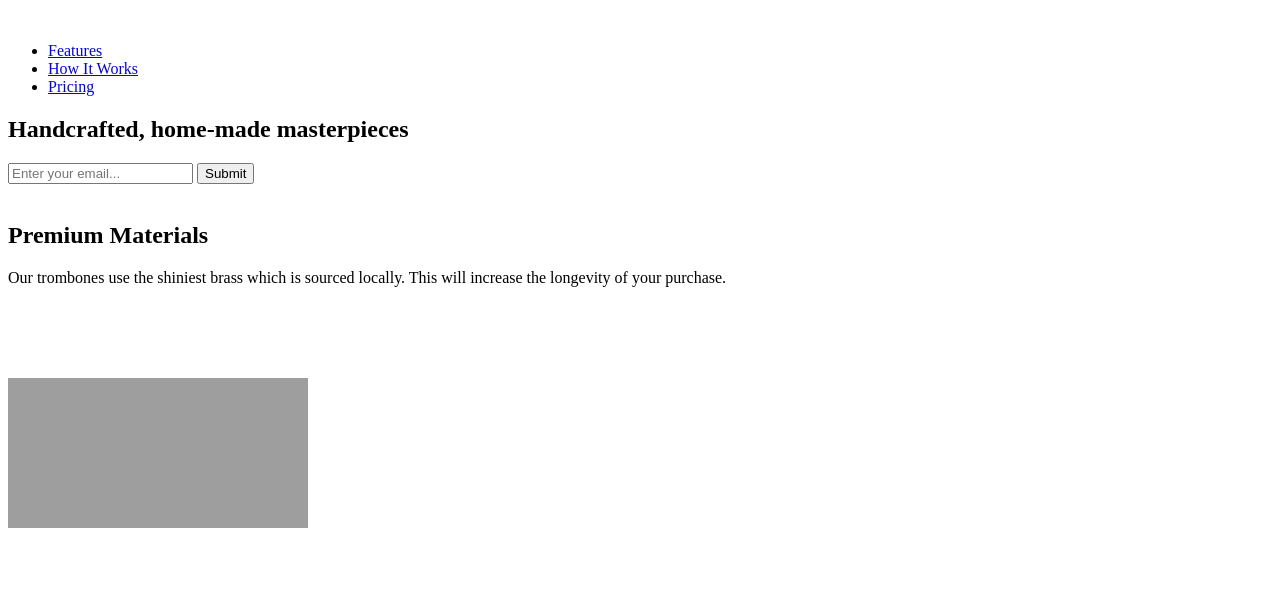
Repository: Lungdjos/product_landing_page_certification
Page: index.html
An editor plug-in stored every save of this project. The page is shown before and after the next save, followed by the edit.
The browser window is 1280 px wide. The pictures show the whole page.
Pictures or frames that could not be fetched are drawn as grey boxes.

Above is the page before, as saved 2023-12-17 23:41:31.

### index.html
<!DOCTYPE html>
<html lang="en">

<head>
    <meta charset="UTF-8">
    <meta name="viewport" content="width=device-width, initial-scale=1.0">
    <title>Product Landing Page</title>
    <link rel="stylesheet" href="./styles.css">
</head>

<body>
    <header id="header">
        <img src="" alt="" id="header-img">
        <nav id="nav-bar">
            <ul>
                <li>
                    <a href="#features" class="nav-link">Features</a>
                </li>
                <li>
                    <a href="#how-it-works" class="nav-link">How It Works</a>
                </li>
                <li>
                    <a href="#pricing" class="nav-link">Pricing</a>
                </li>
            </ul>
        </nav>
    </header>
    <main>
        <section id="home">
            <h2 id="title">Handcrafted, home-made masterpieces</h2>
            <form action="https://www.freecodecamp.com/email-submit" id="form">
                <input type="email" id="email" name="email" placeholder="Enter your email...">
                <input type="submit" id="submit">
            </form>
        </section>
        <section id="features">
            <div class="first-feature">
                <img src="" alt="" class="ft-img">
                <h2 class="ft-heading">Premium Materials</h2>
                <p class="ft-paragraph">Our trombones use the shiniest brass which is sourced locally. This will increase the longevity of your purchase.</p>
            </div>
            <div class="second-feature">
                <img src="" alt="" class="ft-img">
                <h2 class="ft-heading"></h2>
                <p class="ft-paragraph"></p>
            </div>
            <div class="third-feature">
                <img src="" alt="" class="ft-img">
                <h2 class="ft-heading"></h2>
                <p class="ft-paragraph"></p>
            </div>

        </section>
        <section id="how-it-works">
            <iframe src="https://www.youtube.com/watch?v=Ngyygp2oSRk" title="miraclous healing" frameborder="0" id="video"></iframe>
        </section>
        <section id="pricing"></section>
    </main>
</body>

</html>

</html>

</html>

### styles.css
/* Page Stylings */

* {
    box-sizing: border-box;
}

After the next save:
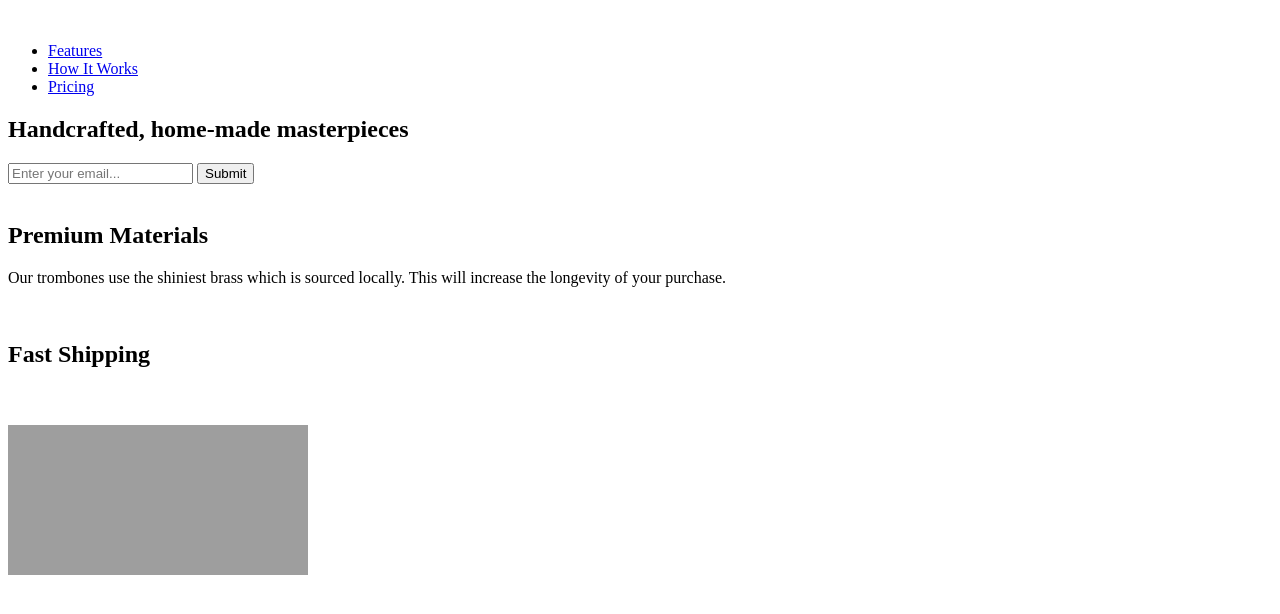
Saved 21 s later.
--- a/index.html
+++ b/index.html
@@ -41,7 +41,7 @@
             </div>
             <div class="second-feature">
                 <img src="" alt="" class="ft-img">
-                <h2 class="ft-heading"></h2>
+                <h2 class="ft-heading">Fast Shipping</h2>
                 <p class="ft-paragraph"></p>
             </div>
             <div class="third-feature">
